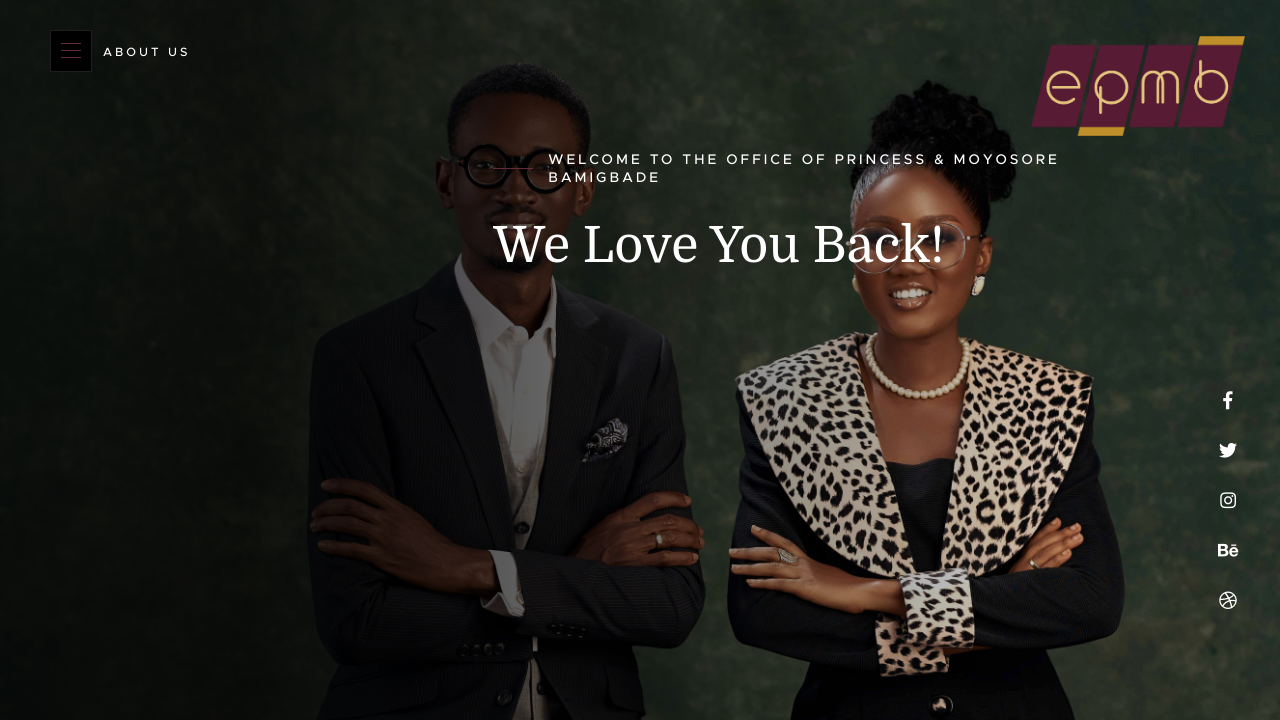
Repository: Ksoftcode/PMB
Page: index.html
These files come from the project's save history. The page is drawn as it stood at one moment and after the next save; the edit follows.
The browser window is 1280 px wide. The pictures show the whole page.

Above is the page before, as saved 2023-03-27 13:17:45.

After the next save:
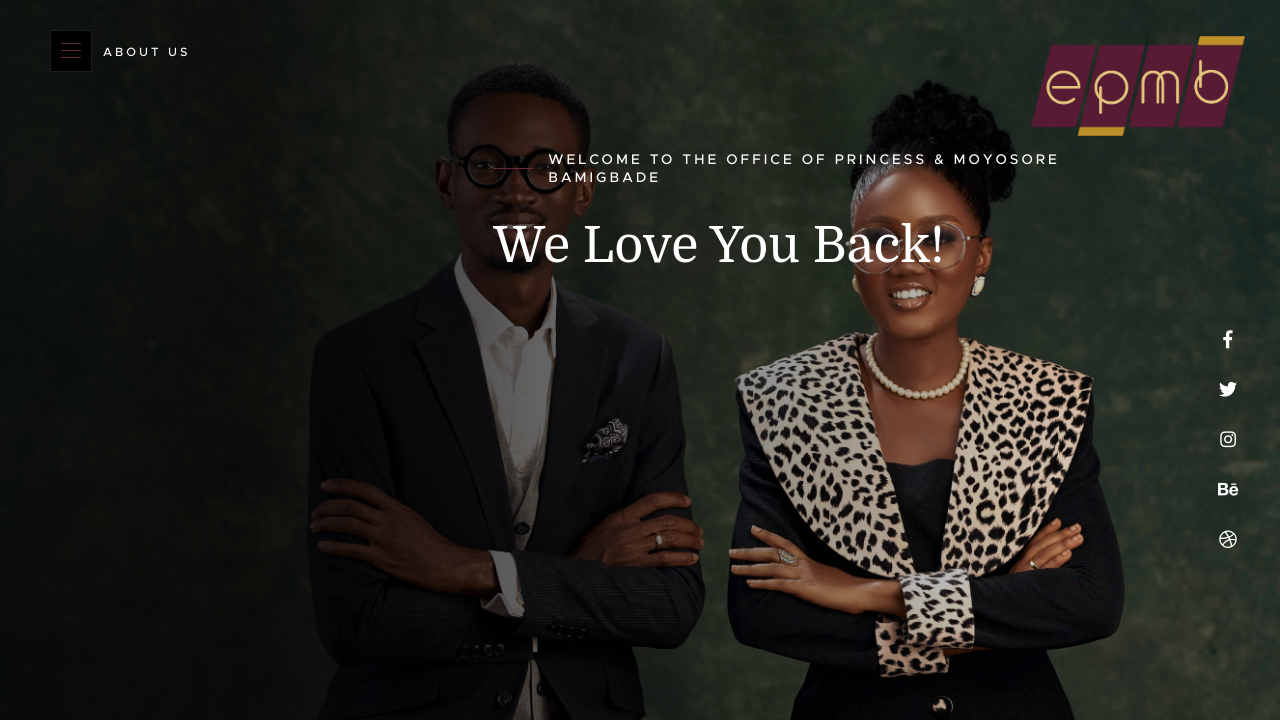
Saved 3 min 24 s later.
--- a/index.html
+++ b/index.html
@@ -55,7 +55,7 @@
                     <h1>
                         We Love You Back! <br>
                      <br>
-                     <br> <br> <br> <br> <br> <br> <br> <br>
+                     <br> <br> <br> <br> <br> <br>
                     </h1>
 
                     <!-- <p>
